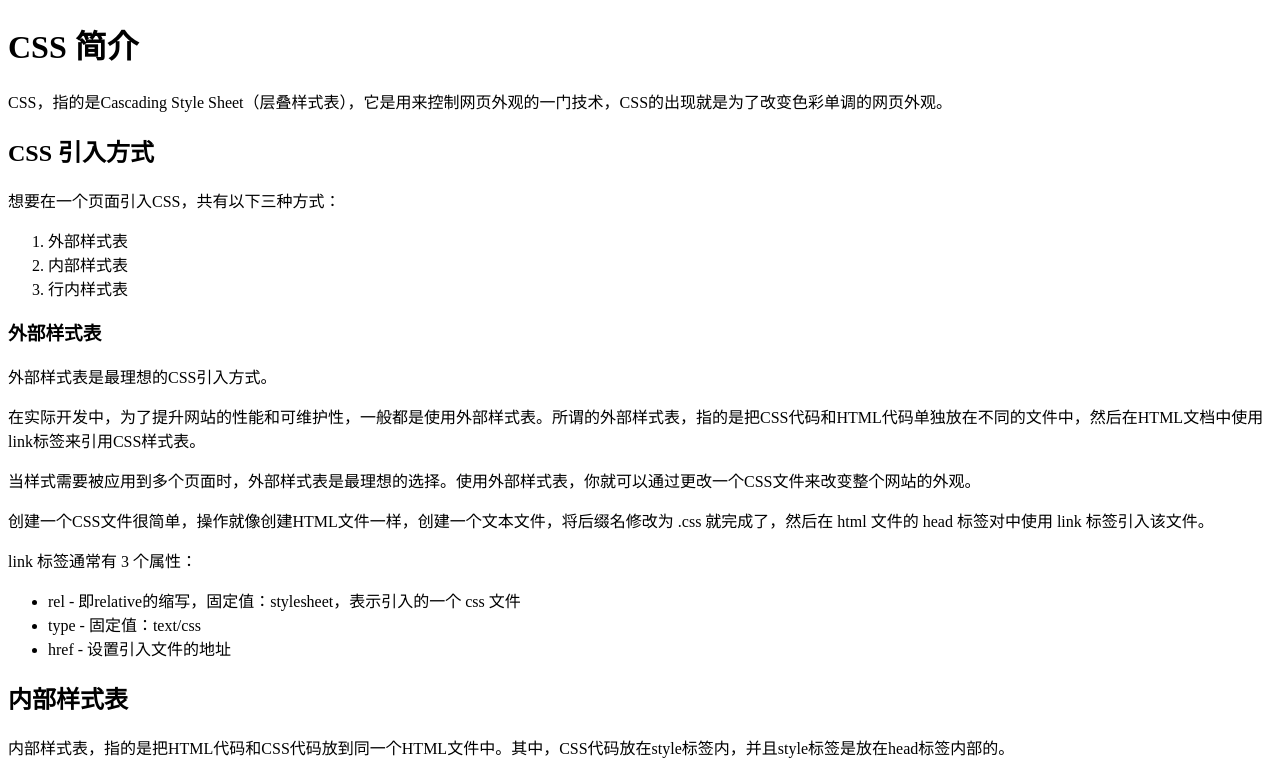
Repository: liang-n/front-end-basics
Page: 11-CSS简介.html
An editor plug-in stored every save of this project. The page is shown before and after the next save, followed by the edit.
The browser window is 1280 px wide. The pictures show the whole page.

Above is the page before, as saved 2022-05-15 20:50:21.

### 11-CSS简介.html
<!DOCTYPE html>

<head>
    <meta charset="UTF-8">
    <title>11-CSS简介</title>
    <link rel="stylesheet" type="text/css" href="css/11-css.css">
</head>

<body>
    <h1>CSS 简介</h1>

    <p>CSS，指的是Cascading Style Sheet（层叠样式表），它是用来控制网页外观的一门技术，CSS的出现就是为了改变色彩单调的网页外观。</p>

    <h2>CSS 引入方式</h2>

    <p>想要在一个页面引入CSS，共有以下三种方式：</p>
    <ol>
        <li>外部样式表</li>
        <li>内部样式表</li>
        <li>行内样式表</li>
    </ol>

    <h3>外部样式表</h3>

    <p>外部样式表是最理想的CSS引入方式。</p>
    <p>在实际开发中，为了提升网站的性能和可维护性，一般都是使用外部样式表。所谓的外部样式表，指的是把CSS代码和HTML代码单独放在不同的文件中，然后在HTML文档中使用link标签来引用CSS样式表。</p>
    <p>当样式需要被应用到多个页面时，外部样式表是最理想的选择。使用外部样式表，你就可以通过更改一个CSS文件来改变整个网站的外观。</p>
    <p>创建一个CSS文件很简单，操作就像创建HTML文件一样，创建一个文本文件，将后缀名修改为 .css 就完成了，然后在 html 文件的 head 标签对中使用 link 标签引入该文件。</p>
    <p>link 标签通常有 3 个属性：</p>
    <ul>
        <li>rel - 即relative的缩写，固定值：stylesheet，表示引入的一个 css 文件</li>
        <li>type - 固定值：text/css</li>
        <li>href - 设置引入文件的地址</li>
    </ul>
    <!--link 标签引用文件的示例在 head 标签中-->

    <h2>内部样式表</h2>

    <p>内部样式表，指的是把HTML代码和CSS代码放到同一个HTML文件中。其中，CSS代码放在style标签内，并且style标签是放在head标签内部的。</p>

</body>

</html>

Loaded but not shown: css/11-css.css (no stored copy; drawn as an empty file)

After the next save:
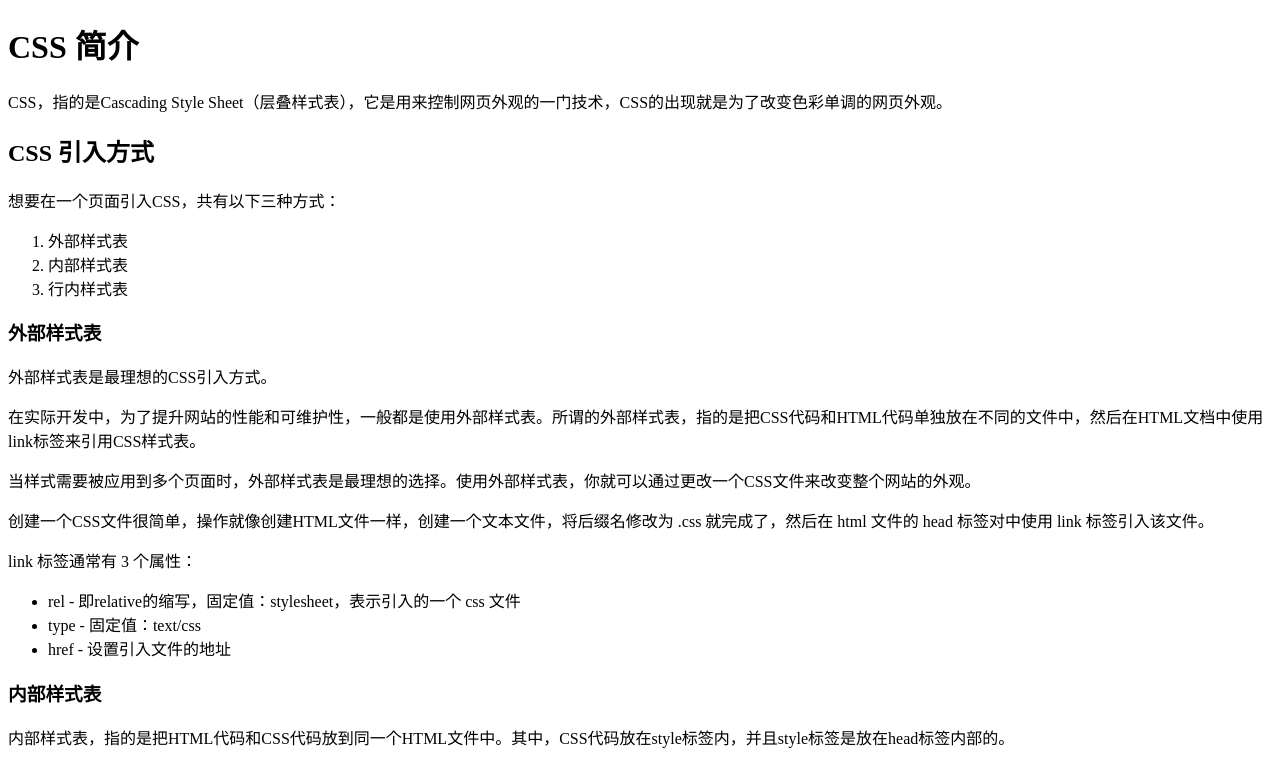
Saved 15 s later.
--- a/11-CSS简介.html
+++ b/11-CSS简介.html
@@ -34,7 +34,7 @@
     </ul>
     <!--link 标签引用文件的示例在 head 标签中-->
 
-    <h2>内部样式表</h2>
+    <h3>内部样式表</h3>
 
     <p>内部样式表，指的是把HTML代码和CSS代码放到同一个HTML文件中。其中，CSS代码放在style标签内，并且style标签是放在head标签内部的。</p>
 
